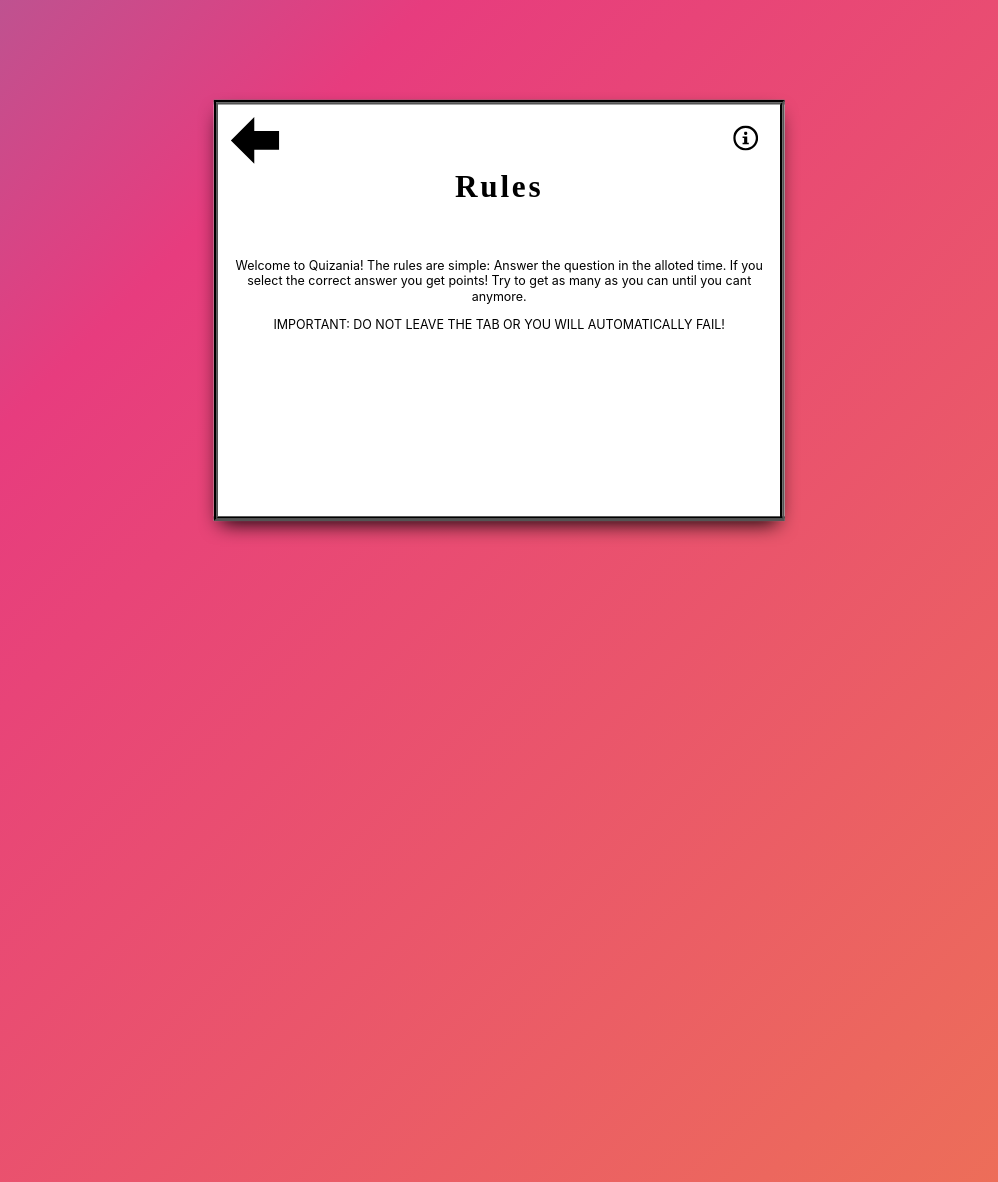
Repository: PatrickTheCodeGuy/QuizApp
Page: /newGame (app in quizapp/)
An editor plug-in stored every save of this project. The page is shown before and after the next save, followed by the edit.
The browser window is 1280 px wide. The pictures show the whole page, at 78% of full size.
The project was rebuilt for these pictures with package versions that can differ from the ones it lists, and the page was loaded fresh each time. A package was used in the major version that the imports need, not the one package.json lists. Also part of the build but not shown: quizapp/src/App.css, quizapp/src/components/Leaderboard/Leaderboard.css, quizapp/src/components/Leaderboard/Leaderboard.js, quizapp/src/components/StartMenu/StartMenu.js, quizapp/src/App.js.

Above is the page before, as saved 2021-07-08 20:26:56.

After the next save:
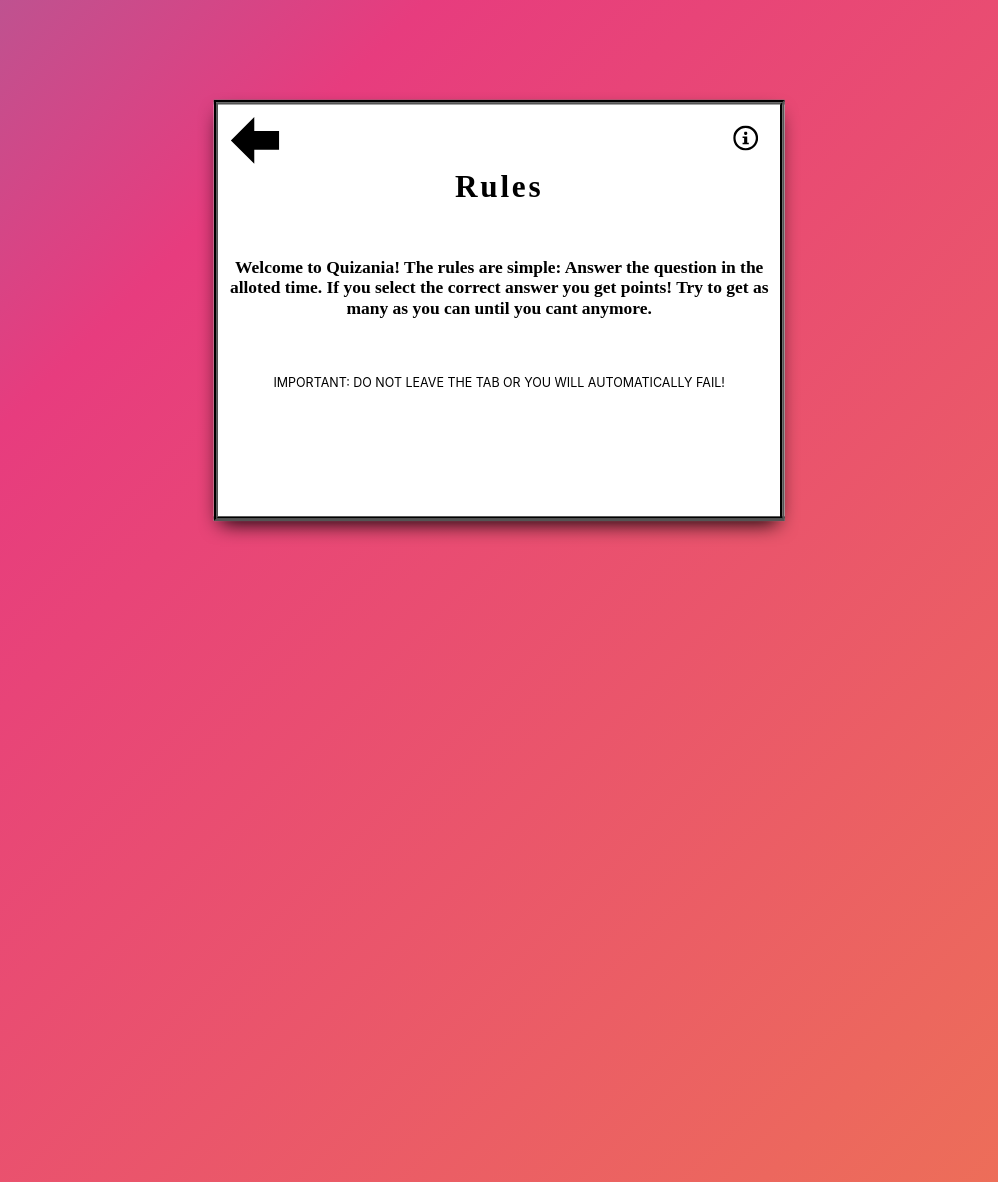
Saved 11 s later.
--- a/quizapp/src/components/GameInfo/GameInfo.js
+++ b/quizapp/src/components/GameInfo/GameInfo.js
@@ -30,7 +30,7 @@
 																<h5 class="rules-text">Rules</h5>
             </div>
 												<div>
-													<p>Welcome to Quizania! The rules are simple: Answer the question in the alloted time. If you select the correct answer you get points! Try to get as many as you can until you cant anymore.</p>
+													<p class="regular-text">Welcome to Quizania! The rules are simple: Answer the question in the alloted time. If you select the correct answer you get points! Try to get as many as you can until you cant anymore.</p>
 													<p>IMPORTANT: DO NOT LEAVE THE TAB OR YOU WILL AUTOMATICALLY FAIL!</p>
 												</div>
 
